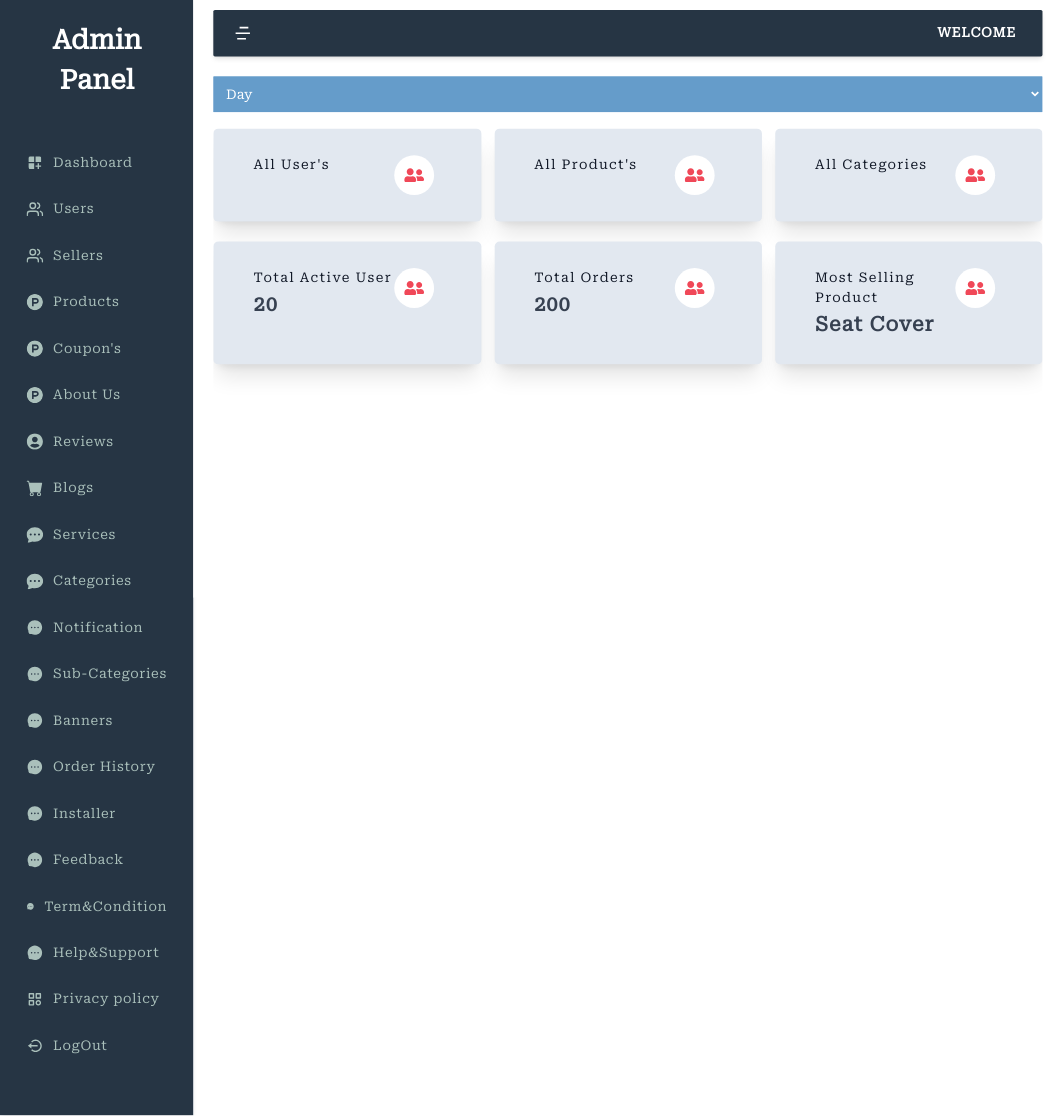
Repository: FlyweisReact/Arun-Chauhan
Page: /dashboard
The author's editor kept a copy of each file at every save. The page is drawn from the files as they stood at one save, then again after the next save.
The browser window is 1280 px wide. The pictures show the whole page, at 83% of full size.
The page's requests for data from a server got no answer. Some web libraries are served in a nearby version. The project was rebuilt for these pictures with package versions that can differ from the ones it lists, and the page was loaded fresh each time. No one was signed in, and anything a server would have sent is missing. Also part of the build but not shown: src/AdminPanel/pages/Privacy.js, src/AdminPanel/pages/Category.js, src/AdminPanel/pages/FeedBack.js, src/AdminPanel/pages/TermsCon.js, src/AdminPanel/pages/HelpSupport.js, src/AdminPanel/pages/OrderHistory.js, src/AdminPanel/pages/Installar.js, src/AdminPanel/pages/Sellers.js and 23 more.

Above is the page before, as saved 2023-03-22 16:33:11.

After the next save:
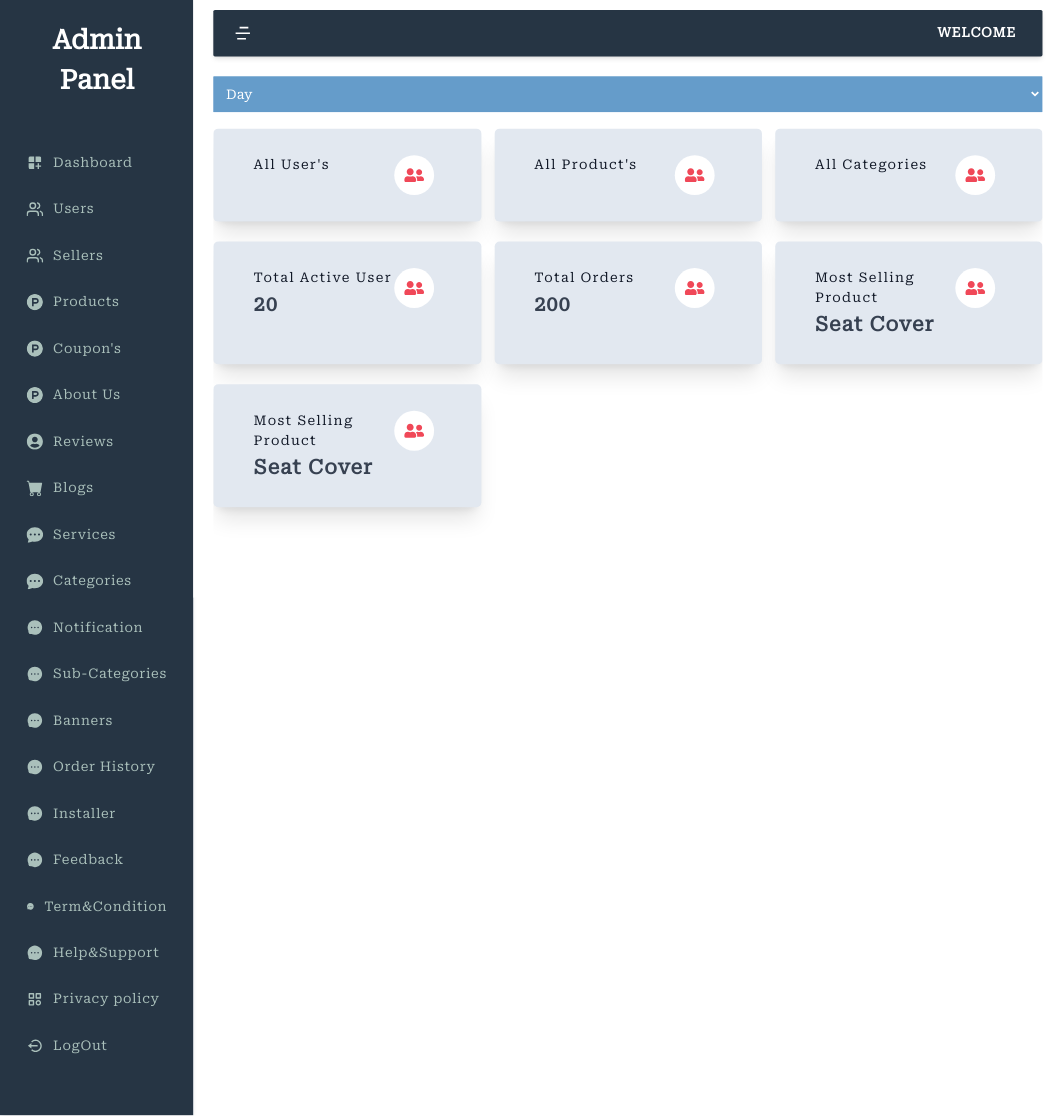
Saved 2 min 58 s later.
--- a/src/AdminPanel/pages/Dashboard.jsx
+++ b/src/AdminPanel/pages/Dashboard.jsx
@@ -1,3 +1,5 @@
+/** @format */
+
 import React, { useEffect, useState } from "react";
 import HOC from "../layout/HOC";
 import { FaUserFriends } from "react-icons/fa";
@@ -9,50 +11,50 @@ export const dash = (data) => {
   return data;
 };
 const Dashboard = () => {
-  const navigate = useNavigate()
+  const navigate = useNavigate();
 
-
-  const [ passengerCount , setPassengerCount  ] = useState('')
-  const [ busCount , setBusCount ] = useState("")
-  const [ bookCount , setBookCount ] = useState("")
+  const [passengerCount, setPassengerCount] = useState("");
+  const [busCount, setBusCount] = useState("");
+  const [bookCount, setBookCount] = useState("");
 
   const fetchData = async () => {
-    try{
-      const { data } = await axios.get( "http://ec2-15-206-210-177.ap-south-1.compute.amazonaws.com:1112/api/user")
-      setPassengerCount(data.data.length)
-    }catch(e) {
-      console.log(e)
+    try {
+      const { data } = await axios.get(
+        "http://ec2-15-206-210-177.ap-south-1.compute.amazonaws.com:1112/api/user"
+      );
+      setPassengerCount(data.data.length);
+    } catch (e) {
+      console.log(e);
     }
-  }
+  };
 
   const fetchData2 = async () => {
-    try{
-      const { data } = await axios.get("http://ec2-15-206-210-177.ap-south-1.compute.amazonaws.com:1112/api/product")
-      setBusCount(data.data.length)
-    }catch(e) {
-      console.log(e)
+    try {
+      const { data } = await axios.get(
+        "http://ec2-15-206-210-177.ap-south-1.compute.amazonaws.com:1112/api/product"
+      );
+      setBusCount(data.data.length);
+    } catch (e) {
+      console.log(e);
     }
-  }
+  };
 
-  const fetchData3= async () => {
-    try{
-      const { data } = await axios.get("http://ec2-15-206-210-177.ap-south-1.compute.amazonaws.com:1112/api/category")
-      setBookCount(data.data.length)
-    }catch(e) {
-      console.log(e)
+  const fetchData3 = async () => {
+    try {
+      const { data } = await axios.get(
+        "http://ec2-15-206-210-177.ap-south-1.compute.amazonaws.com:1112/api/category"
+      );
+      setBookCount(data.data.length);
+    } catch (e) {
+      console.log(e);
     }
-  }
+  };
 
-
-
-  useEffect(( ) => {
-    fetchData()
-    fetchData2()
-    fetchData3()
-  },[])
-
-
-
+  useEffect(() => {
+    fetchData();
+    fetchData2();
+    fetchData3();
+  }, []);
 
   const card = [
     {
@@ -60,62 +62,70 @@ const Dashboard = () => {
       title: "All User's",
       number: passengerCount,
       icon: <FaUserFriends className="text-2xl text-[rgb(240,72,88)]" />,
-      link : "/users"
+      link: "/users",
     },
     {
       progress: "bg-blue-400",
       title: "All Product's",
       number: busCount,
       icon: <FaUserFriends className="text-2xl text-[rgb(240,72,88)]" />,
-      link : '/products'
+      link: "/products",
     },
     {
       progress: "bg-blue-400",
       title: "All Categories",
       number: bookCount,
       icon: <FaUserFriends className="text-2xl text-[rgb(240,72,88)]" />,
-      link : '/category'
+      link: "/category",
     },
     {
       progress: "bg-blue-400",
       title: "Total Active User",
       number: 20,
       icon: <FaUserFriends className="text-2xl text-[rgb(240,72,88)]" />,
-      link : '/users'
+      link: "/users",
     },
     {
       progress: "bg-blue-400",
       title: "Total Orders",
       number: 200,
       icon: <FaUserFriends className="text-2xl text-[rgb(240,72,88)]" />,
-      link : '/order-history'
-    }
-    ,
+      link: "/order-history",
+    },
     {
       progress: "bg-blue-400",
       title: "Most Selling Product",
-      number: 'Seat Cover',
+      number: "Seat Cover",
       icon: <FaUserFriends className="text-2xl text-[rgb(240,72,88)]" />,
-      link : '/products'
-    }
+      link: "/products",
+    },
+    {
+      progress: "bg-blue-400",
+      title: "Most Selling Product",
+      number: "Seat Cover",
+      icon: <FaUserFriends className="text-2xl text-[rgb(240,72,88)]" />,
+      link: "/products",
+    },
   ];
   return (
     <>
-
-    <div className="drop">
-      <select>
-        <option>Day</option>
-        <option>Week</option>
-        <option>Month</option>
-        <option>Year</option>
-      </select>
-    </div>
+      <div className="drop">
+        <select>
+          <option>Day</option>
+          <option>Week</option>
+          <option>Month</option>
+          <option>Year</option>
+        </select>
+      </div>
 
       <section className="grid md:grid-cols-3 grid-cols-2 gap-y-6 gap-x-4">
         {/* Card */}
         {card.map((card) => {
           return (
-            <div className="px-5 py-8 bg-slate-200 space-y-2 shadow-xl flex flex-col  rounded-md" onClick={() => navigate(`${card.link}`)}>
+            <div
+              className="px-5 py-8 bg-slate-200 space-y-2 shadow-xl flex flex-col  rounded-md"
+              onClick={() => navigate(`${card.link}`)}
+            >
               <div className="grid  justify-between grid-cols-4">
                 <div className="flex flex-col col-span-3 space-y-1">
                   <span className="tracking-widest text-gray-900">
